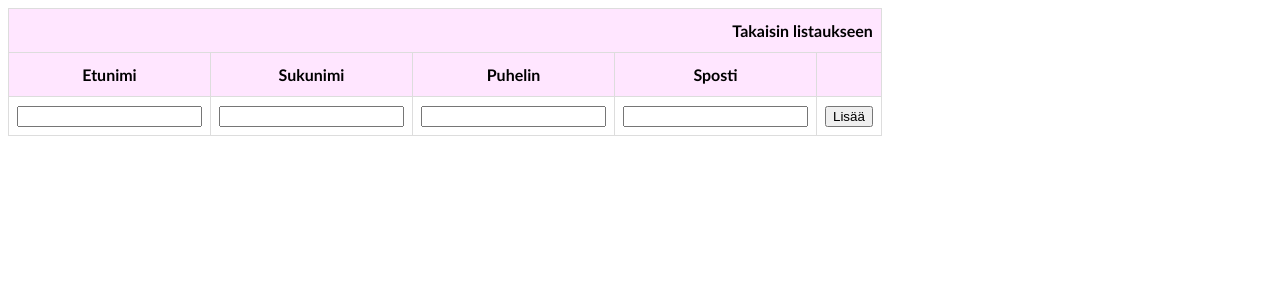
Repository: santraaj/Asiakkaat
Page: http://localhost/Asiakkaat/muutaasiakas.jsp
These files come from the project's save history. The page is drawn as it stood at one moment and after the next save; the edit follows.
The browser window is 1280 px wide. The pictures show the whole page.
The page is served by Tomcat 9. Other server files are loaded and not shown.

Above is the page before, as saved 2020-05-09 15:12:58.

### Asiakkaat/WebContent/muutaasiakas.jsp
<%@ page language="java" contentType="text/html; charset=ISO-8859-1"
    pageEncoding="ISO-8859-1"%>
<!DOCTYPE html>
<html>
<head>
<meta charset="ISO-8859-1">
<script src="scripts/main.js"></script>
<script src="https://ajax.googleapis.com/ajax/libs/jquery/3.4.1/jquery.min.js"></script>
<script src="http://ajax.aspnetcdn.com/ajax/jquery.validate/1.15.0/jquery.validate.min.js"></script>
<link rel = "stylesheet" type = "text/css" href = "css/main.css">
<title>Insert title here</title>
</head>
<body>
<form id="tiedot">
	<table>
		<thead>
			<tr>
				<th colspan="5" class="oikealle"><span id="takaisin">Takaisin listaukseen</span></th>
			</tr>
			<tr>
				<th>Etunimi</th>
				<th>Sukunimi</th>
				<th>Puhelin</th>
				<th>Sposti</th>
				<th></th>
			</tr>
		</thead>
		<tbody>
			<tr>
				<td><input type="text" name="etunimi" id="etunimi"></td>
				<td><input type="text" name="sukunimi" id="sukunimi"></td>
				<td><input type="text" name="puhelin" id="puhelin"></td>
				<td><input type="text" name="sposti" id="sposti"></td>
				<td><input type="submit" id="tallenna" value="Lisää"></td>
			</tr>
		</tbody>
	</table>
</form>
<span id="ilmo"></span>
</body>
<script>
$(document).ready(function(){

});
</script>
</html>

### Asiakkaat/WebContent/scripts/main.js
function requestURLParam(sParam) {
    var sPageURL = window.location.search.substring(1);
    var sURLVariables = sPageURL.split("&");
    for (var i = 0; i < sURLVariables.length; i++){
        var sParameterName = sURLVariables[i].split("=");
        if(sParameterName[0] == sParam) {
            return sParameterName[1];
        }
    }
}

function formDataJsonStr(formArray) {
	var returnArray = {};
	for (var i = 0; i < formArray.length; i++) {
		returnArray[formArray[i]['name']] = formArray[i]['value'];
	}
	return JSON.stringify(returnArray);
}

### Asiakkaat/WebContent/css/main.css
#listaus {
	font-family: "Trebuchet MS", Arial, sans-serif;
	border: 1px solid black;
	border-collapse: collapse;
	width: 40%;
}

 #tiedot table	 {
	font-family: "Trebuchet MS", Arial, sans-serif;
	border: 1px solid black;
	border-collapse: collapse;
	width: 60%;
}

#listaus thead th, #listaus tbody td, #tiedot thead th, #tiedot tbody td {
  border: 1px solid #ddd;
  padding: 8px;
}

#listaus thead th, #tiedot thead th {
	padding-top: 12px;
	padding-bottom: 12px;
	background-color: #ffe6ff;
	color: black;
}

#listaus tbody tr:nth-child(even){
	background-color: #f2f2f2;}

#listaus tbody tr:hover {background-color: #ddd;}

#tiedot tbody tr:hover {background-color: #ddd;}

.oikealle {
	text-align: right;
}

.vasemmalle {
	text-align: left;
}

#uusiAsiakas, #takaisin {
	cursor: pointer;
}

.poista {
	color: red;
}

After the next save:
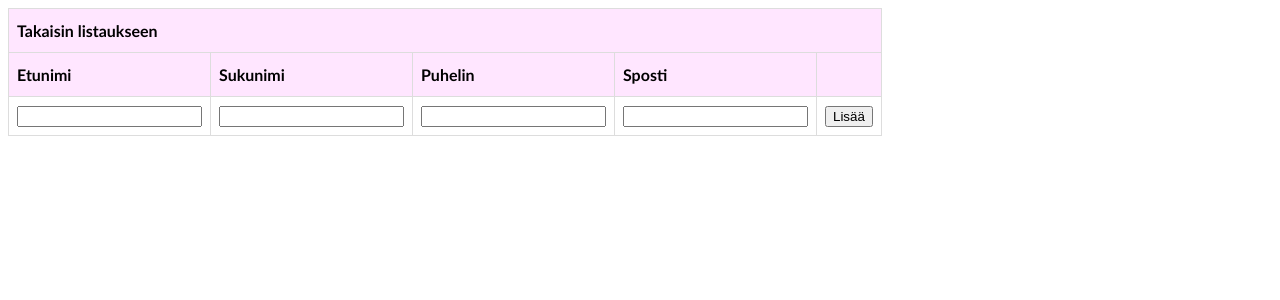
Saved 7 min 18 s later.
--- a/Asiakkaat/WebContent/css/main.css
+++ b/Asiakkaat/WebContent/css/main.css
@@ -31,6 +31,10 @@
 
 #tiedot tbody tr:hover {background-color: #ddd;}
 
+#tiedot thead th {
+	text-align: left;
+}
+
 .oikealle {
 	text-align: right;
 }

After the 2 saves that followed:
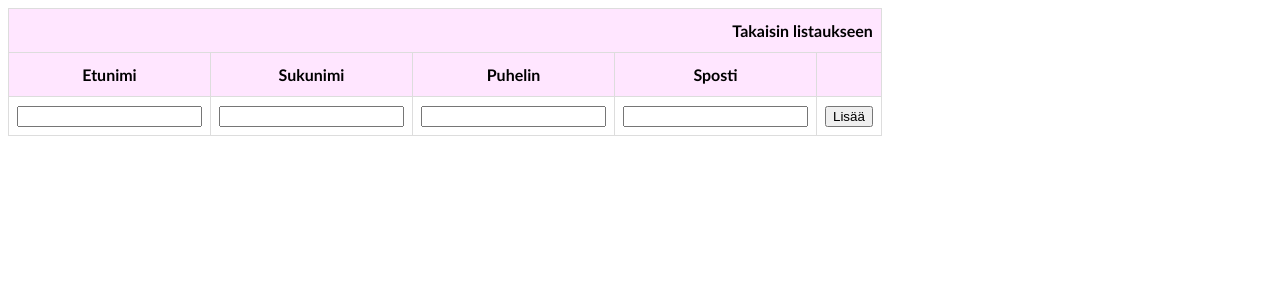
The 2 saves are shown as one change because 1 left the picture as it was.
The last was saved 3 min 0 s later.
--- a/Asiakkaat/WebContent/css/main.css
+++ b/Asiakkaat/WebContent/css/main.css
@@ -31,10 +31,6 @@
 
 #tiedot tbody tr:hover {background-color: #ddd;}
 
-#tiedot thead th {
-	text-align: left;
-}
-
 .oikealle {
 	text-align: right;
 }
@@ -49,4 +45,5 @@
 
 .poista {
 	color: red;
+	cursor: pointer;
 }
